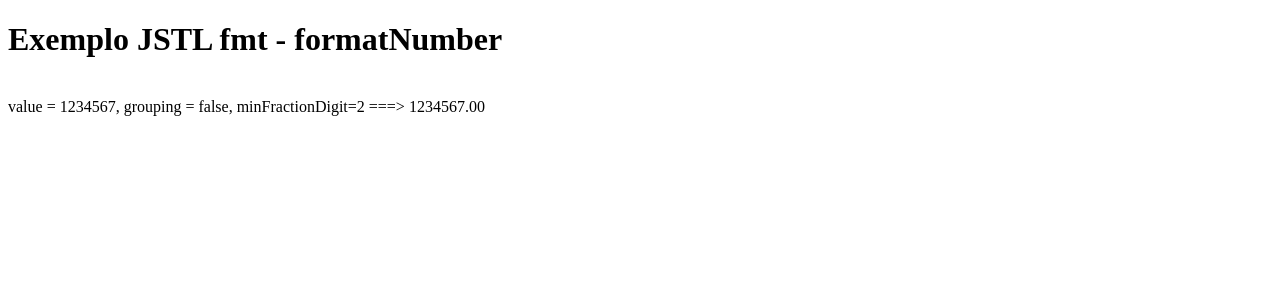
Repository: GabrielGGhost/EstudoJavaAW1-AW2
Page: http://localhost/estudos11/jsp/formatNumber.jsp
These files come from the project's save history. The page is drawn as it stood at one moment and after the next save; the edit follows.
The browser window is 1280 px wide. The pictures show the whole page.
The page is served by Tomcat 9.

Above is the page before, as saved 2020-10-23 21:24:08.

After the next save:
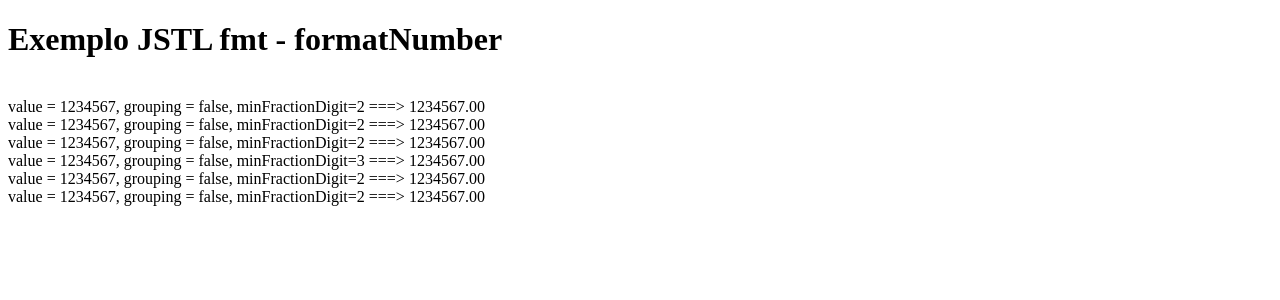
Saved 2 min 46 s later.
--- a/estudos11/WebContent/jsp/formatNumber.jsp
+++ b/estudos11/WebContent/jsp/formatNumber.jsp
@@ -14,5 +14,25 @@
 	<br>
 	value = 1234567, grouping = false, minFractionDigit=2 ===>
 	<fmt:formatNumber value="1234567" groupingUsed="false" minFractionDigits="2"/>
+
+		<br>
+	value = 1234567, grouping = false, minFractionDigit=2 ===>
+	<fmt:formatNumber value="1234567" groupingUsed="false" minFractionDigits="2"/>
+
+		<br>
+	value = 1234567, grouping = false, minFractionDigit=2 ===>
+	<fmt:formatNumber value="1234567" groupingUsed="false" minFractionDigits="2"/>
+
+		<br>
+	value = 1234567, grouping = false, minFractionDigit=3 ===>
+	<fmt:formatNumber value="1234567" groupingUsed="false" minFractionDigits="2"/>
+
+		<br>
+	value = 1234567, grouping = false, minFractionDigit=2 ===>
+	<fmt:formatNumber value="1234567" groupingUsed="false" minFractionDigits="2"/>
+
+		<br>
+	value = 1234567, grouping = false, minFractionDigit=2 ===>
+	<fmt:formatNumber value="1234567" groupingUsed="false" minFractionDigits="2"/>
 </body>
 </html>
